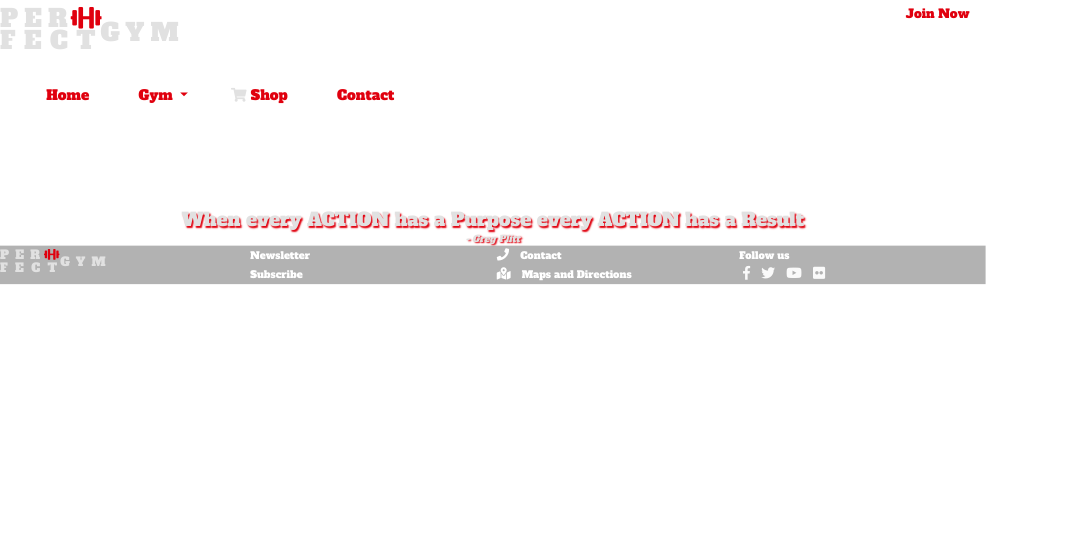
Repository: meghdadyazdi/UCFD-Milestone
Page: activities.html
The author's editor kept a record of every edit. The page is drawn from the files as they stood at one moment, then again after the next edit.
The browser window is 1280 px wide. The page is 1280 px wide, then 1408 px, so the pictures cover 1408 px, including what lies to the right of the window. The pictures show the whole page, at 77% of full size.
Some web libraries are served in a nearby version.

Above is the page before.

After the next edit:
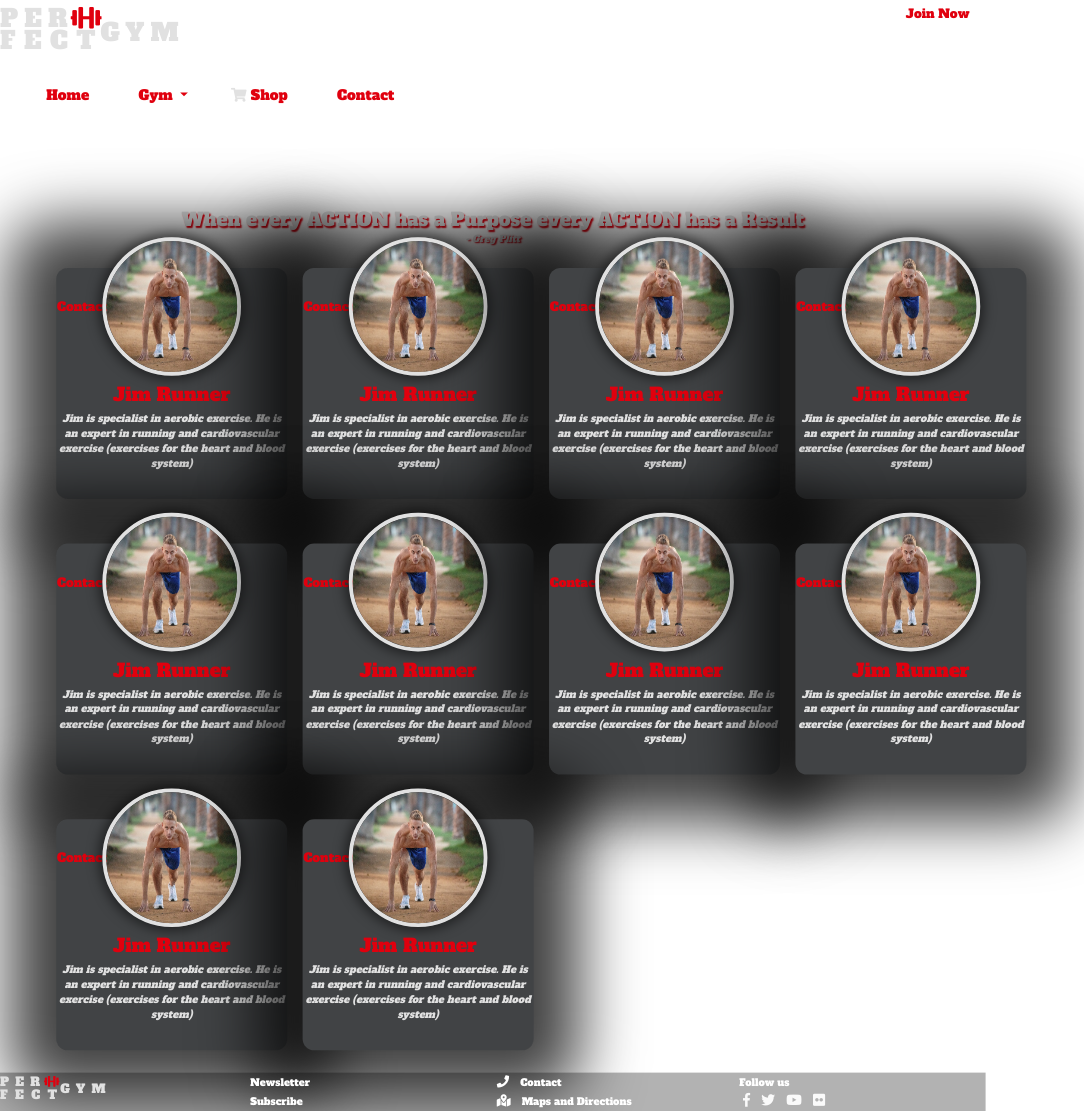
The edit:
--- a/activities.html
+++ b/activities.html
@@ -87,6 +87,113 @@
 
 
 
+<section>
+    <div class="row m-0 p-0">
+        <div class="col-6 col-md-4 col-lg-3">
+            <div class="box">
+                    <img src="images/trainer1.jpg" class="trainer"></img>
+                    <h2>Jim Runner</h2>
+                    <p class="">
+                        Jim is specialist in aerobic exercise. He is an expert in running and cardiovascular exercise (exercises for the heart and blood system)
+                    </p>
+                    <a href="#" class="btn p-0 m-0" data-toggle="modal" data-target="#join-us-modal">Contact him</a>
+                </div>
+        </div>
+        <div class="col-6 col-md-4 col-lg-3">
+            <div class="box">
+                    <img src="images/trainer1.jpg" class="trainer"></img>
+                    <h2>Jim Runner</h2>
+                    <p class="">
+                        Jim is specialist in aerobic exercise. He is an expert in running and cardiovascular exercise (exercises for the heart and blood system)
+                    </p>
+                    <a href="#" class="btn p-0 m-0" data-toggle="modal" data-target="#join-us-modal">Contact him</a>
+                </div>
+        </div>
+        <div class="col-6 col-md-4 col-lg-3">
+            <div class="box">
+                    <img src="images/trainer1.jpg" class="trainer"></img>
+                    <h2>Jim Runner</h2>
+                    <p class="">
+                        Jim is specialist in aerobic exercise. He is an expert in running and cardiovascular exercise (exercises for the heart and blood system)
+                    </p>
+                    <a href="#" class="btn p-0 m-0" data-toggle="modal" data-target="#join-us-modal">Contact him</a>
+                </div>
+        </div>
+        <div class="col-6 col-md-4 col-lg-3">
+            <div class="box">
+                    <img src="images/trainer1.jpg" class="trainer"></img>
+                    <h2>Jim Runner</h2>
+                    <p class="">
+                        Jim is specialist in aerobic exercise. He is an expert in running and cardiovascular exercise (exercises for the heart and blood system)
+                    </p>
+                    <a href="#" class="btn p-0 m-0" data-toggle="modal" data-target="#join-us-modal">Contact him</a>
+                </div>
+        </div>
+        <div class="col-6 col-md-4 col-lg-3">
+            <div class="box">
+                    <img src="images/trainer1.jpg" class="trainer"></img>
+                    <h2>Jim Runner</h2>
+                    <p class="">
+                        Jim is specialist in aerobic exercise. He is an expert in running and cardiovascular exercise (exercises for the heart and blood system)
+                    </p>
+                    <a href="#" class="btn p-0 m-0" data-toggle="modal" data-target="#join-us-modal">Contact him</a>
+                </div>
+        </div>
+        <div class="col-6 col-md-4 col-lg-3">
+            <div class="box">
+                    <img src="images/trainer1.jpg" class="trainer"></img>
+                    <h2>Jim Runner</h2>
+                    <p class="">
+                        Jim is specialist in aerobic exercise. He is an expert in running and cardiovascular exercise (exercises for the heart and blood system)
+                    </p>
+                    <a href="#" class="btn p-0 m-0" data-toggle="modal" data-target="#join-us-modal">Contact him</a>
+                </div>
+        </div>
+        <div class="col-6 col-md-4 col-lg-3">
+            <div class="box">
+                    <img src="images/trainer1.jpg" class="trainer"></img>
+                    <h2>Jim Runner</h2>
+                    <p class="">
+                        Jim is specialist in aerobic exercise. He is an expert in running and cardiovascular exercise (exercises for the heart and blood system)
+                    </p>
+                    <a href="#" class="btn p-0 m-0" data-toggle="modal" data-target="#join-us-modal">Contact him</a>
+                </div>
+        </div>
+        <div class="col-6 col-md-4 col-lg-3">
+            <div class="box">
+                    <img src="images/trainer1.jpg" class="trainer"></img>
+                    <h2>Jim Runner</h2>
+                    <p class="">
+                        Jim is specialist in aerobic exercise. He is an expert in running and cardiovascular exercise (exercises for the heart and blood system)
+                    </p>
+                    <a href="#" class="btn p-0 m-0" data-toggle="modal" data-target="#join-us-modal">Contact him</a>
+                </div>
+        </div>
+        <div class="col-6 col-md-4 col-lg-3">
+            <div class="box">
+                    <img src="images/trainer1.jpg" class="trainer"></img>
+                    <h2>Jim Runner</h2>
+                    <p class="">
+                        Jim is specialist in aerobic exercise. He is an expert in running and cardiovascular exercise (exercises for the heart and blood system)
+                    </p>
+                    <a href="#" class="btn p-0 m-0" data-toggle="modal" data-target="#join-us-modal">Contact him</a>
+                </div>
+        </div>
+        <div class="col-6 col-md-4 col-lg-3">
+            <div class="box">
+                    <img src="images/trainer1.jpg" class="trainer"></img>
+                    <h2>Jim Runner</h2>
+                    <p class="">
+                        Jim is specialist in aerobic exercise. He is an expert in running and cardiovascular exercise (exercises for the heart and blood system)
+                    </p>
+                    <a href="#" class="btn p-0 m-0" data-toggle="modal" data-target="#join-us-modal">Contact him</a>
+                </div>
+        </div>
+    </div>
+</section>
+
+
+
     <!--Footer-->
     <footer class="container-fluid container-footer m-0 p-0">
 
